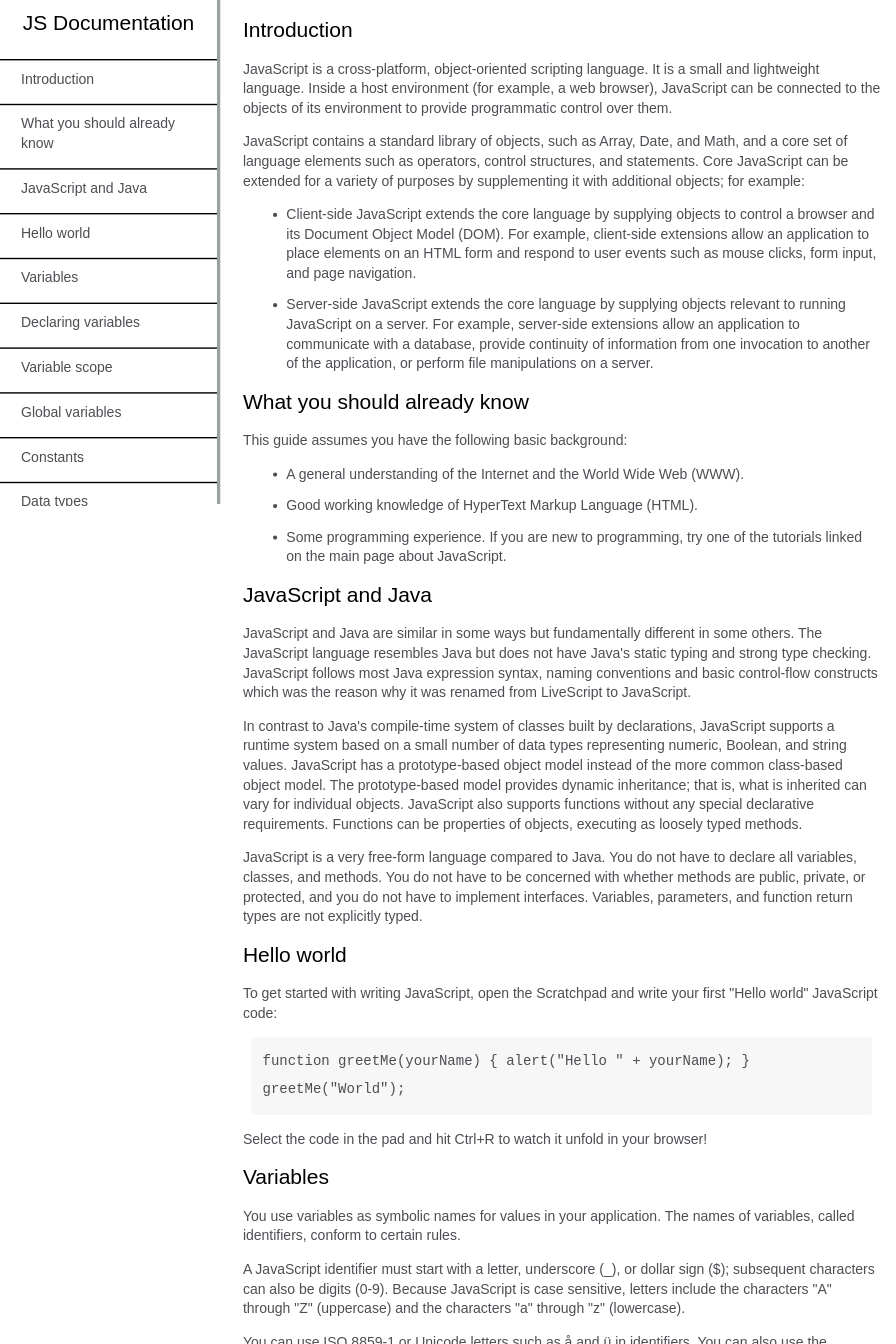
Repository: Lungdjos/technical_document_page_certificate
Page: index.html
The author's editor kept a copy of each file at every save. The page is drawn from the files as they stood at one save, then again after a run of saves.
The browser window is 1280 px wide. The pictures show the part of the page from y = 0 to 1920 px (the page is 8034 px tall before and 8062 px after), at 70% of full size.

Above is the page before, as saved 2023-11-21 23:05:45.

### index.html
<!DOCTYPE html>
<html lang="en">

<head>
    <meta charset="UTF-8">
    <meta name="viewport" content="width=device-width, initial-scale=1.0">
    <title>Technical Document</title>
    <link rel="stylesheet" href="./styles.css">
</head>

<body>
    <nav id="nav-bar">
        <header>JS Documentation</header>
        <ul>
            <li>
                <a href="#Introduction" class="nav-link">Introduction</a>
            </li>
            <li>
                <a href="#What_you_should_already_know" class="nav-link">What you should already know</a>
            </li>
            <li>
                <a href="#JavaScript_and_Java" class="nav-link">JavaScript and Java</a>
            </li>
            <li>
                <a href="#Hello_world" class="nav-link">Hello world</a>
            </li>
            <li>
                <a href="#Variables" class="nav-link">Variables</a>
            </li>
            <li>
                <a href="#Declaring_variables" class="nav-link">Declaring variables</a>
            </li>
            <li>
                <a href="#Variable_scope" class="nav-link">Variable scope</a>
            </li>
            <li>
                <a href="#Global_variables" class="nav-link">Global variables</a>
            </li>
            <li>
                <a href="#Constants" class="nav-link">Constants</a>
            </li>
            <li>
                <a href="#Data_types" class="nav-link">Data types</a>
            </li>
            <li>
                <a href="#if...else_statement" class="nav-link">if...else statement</a>
            </li>
            <li>
                <a href="#while_statement" class="nav-link">while statement</a>
            </li>
            <li>
                <a href="#Function_declarations" class="nav-link">Function declarations</a>
            </li>
            <li>
                <a href="#Reference" class="nav-link">Reference</a>
            </li>
        </ul>
    </nav>
    <main id="main-doc">
        <section class="main-section" id="Introduction">
            <header id="">Introduction</header>
            <div class="conent"></div>
            <p>JavaScript is a cross-platform, object-oriented scripting language. It is a small and lightweight language. Inside a host environment (for example, a web browser), JavaScript can be connected to the objects of its environment to provide programmatic
                control over them.</p>
            <p>JavaScript contains a standard library of objects, such as Array, Date, and Math, and a core set of language elements such as operators, control structures, and statements. Core JavaScript can be extended for a variety of purposes by supplementing
                it with additional objects; for example:
                <ul>
                    <li>Client-side JavaScript extends the core language by supplying objects to control a browser and its Document Object Model (DOM). For example, client-side extensions allow an application to place elements on an HTML form and respond
                        to user events such as mouse clicks, form input, and page navigation.</li>
                    <li>Server-side JavaScript extends the core language by supplying objects relevant to running JavaScript on a server. For example, server-side extensions allow an application to communicate with a database, provide continuity of information
                        from one invocation to another of the application, or perform file manipulations on a server.</li>
                </ul>
            </p>

        </section>
        <section class="main-section" id="What_you_should_already_know">
            <header id="">What you should already know</header>
            <div class="conent"></div>
            <p>This guide assumes you have the following basic background:
                <ul>
                    <li>A general understanding of the Internet and the World Wide Web (WWW).</li>
                    <li>Good working knowledge of HyperText Markup Language (HTML).</li>
                    <li>Some programming experience. If you are new to programming, try one of the tutorials linked on the main page about JavaScript.</li>
                </ul>
            </p>

        </section>
        <section class="main-section" id="JavaScript_and_Java">
            <header id="">JavaScript and Java</header>
            <p>JavaScript and Java are similar in some ways but fundamentally different in some others. The JavaScript language resembles Java but does not have Java's static typing and strong type checking. JavaScript follows most Java expression syntax,
                naming conventions and basic control-flow constructs which was the reason why it was renamed from LiveScript to JavaScript.</p>
            <p>In contrast to Java's compile-time system of classes built by declarations, JavaScript supports a runtime system based on a small number of data types representing numeric, Boolean, and string values. JavaScript has a prototype-based object
                model instead of the more common class-based object model. The prototype-based model provides dynamic inheritance; that is, what is inherited can vary for individual objects. JavaScript also supports functions without any special declarative
                requirements. Functions can be properties of objects, executing as loosely typed methods.</p>
            <p>JavaScript is a very free-form language compared to Java. You do not have to declare all variables, classes, and methods. You do not have to be concerned with whether methods are public, private, or protected, and you do not have to implement
                interfaces. Variables, parameters, and function return types are not explicitly typed.</p>
        </section>
        <section class="main-section" id="Hello_world">
            <header id="">Hello world</header>
            <p>
                To get started with writing JavaScript, open the Scratchpad and write your first "Hello world" JavaScript code:</p>
            <code>function greetMe(yourName) { alert("Hello " + yourName); }
                greetMe("World");</code>
            <p>Select the code in the pad and hit Ctrl+R to watch it unfold in your browser!</p>
        </section>
        <section class="main-section" id="Variables">
            <header id="">Variables</header>
            <p>You use variables as symbolic names for values in your application. The names of variables, called identifiers, conform to certain rules.</p>
            <p>A JavaScript identifier must start with a letter, underscore (_), or dollar sign ($); subsequent characters can also be digits (0-9). Because JavaScript is case sensitive, letters include the characters "A" through "Z" (uppercase) and the
                characters "a" through "z" (lowercase).</p>
            <p>You can use ISO 8859-1 or Unicode letters such as å and ü in identifiers. You can also use the Unicode escape sequences as characters in identifiers. Some examples of legal names are Number_hits, temp99, and _name.</p>
        </section>
        <section class="main-section" id="Declaring_variables">
            <header id="">Declaring variables</header>
            <p>You can declare a variable in three ways:</p>
            <p>With the keyword var. For example,</p>
            <code>var x = 42.</code>
            <p>This syntax can be used to declare both local and global variables.</p>
            <p>By simply assigning it a value. For example,</p>
            <code>x = 42.</code><br>
            <p>This always declares a global variable. It generates a strict JavaScript warning. You shouldn't use this variant.</p>
            <p>With the keyword let. For example,</p>
            <code>let y = 13.</code>
            <p>This syntax can be used to declare a block scope local variable. See Variable scope below.</p>
        </section>
        <section class="main-section" id="Variable_scope">
            <header id="">Variable scope</header>
            <p>When you declare a variable outside of any function, it is called a global variable, because it is available to any other code in the current document. When you declare a variable within a function, it is called a local variable, because it
                is available only within that function.</p>
            <p>JavaScript before ECMAScript 2015 does not have block statement scope; rather, a variable declared within a block is local to the function (or global scope) that the block resides within. For example the following code will log 5, because
                the scope of x is the function (or global context) within which x is declared, not the block, which in this case is an if statement.</p>
            <code>if (true) { var x = 5; } console.log(x); // 5</code>
            <p>This behavior changes, when using the let declaration introduced in ECMAScript 2015.</p>
            <code>if (true) { let y = 5; } console.log(y); // ReferenceError: y is
                not defined</code>
        </section>
        <section class="main-section" id="Global_variables">
            <header id="">Global variables</header>
            <p>Global variables are in fact properties of the global object. In web pages the global object is window, so you can set and access global variables using the window.variable syntax.</p>
            <p>Consequently, you can access global variables declared in one window or frame from another window or frame by specifying the window or frame name. For example, if a variable called phoneNumber is declared in a document, you can refer to this
                variable from an iframe as parent.phoneNumber.</p>
        </section>
        <section class="main-section" id="Constants">
            <header id="">Constants</header>
            <p>You can create a read-only, named constant with the const keyword. The syntax of a constant identifier is the same as for a variable identifier: it must start with a letter, underscore or dollar sign and can contain alphabetic, numeric, or
                underscore characters.</p>
            <code>const PI = 3.14;</code>
            <p>A constant cannot change value through assignment or be re-declared while the script is running. It has to be initialized to a value.</p>
            <p>The scope rules for constants are the same as those for let block scope variables. If the const keyword is omitted, the identifier is assumed to represent a variable.</p>
            <p>You cannot declare a constant with the same name as a function or variable in the same scope. For example:</p>
            <code>// THIS WILL CAUSE AN ERROR function f() {}; const f = 5; // THIS
                WILL CAUSE AN ERROR ALSO function f() { const g = 5; var g;
                //statements }</code>
            <p>However, object attributes are not protected, so the following statement is executed without problems.</p>
            <code>const MY_OBJECT = {"key": "value"}; MY_OBJECT.key =
                "otherValue";</code>
        </section>
        <section class="main-section" id="Data_types">
            <header id="">Data types</header>
            <p>The latest ECMAScript standard defines seven data types:
                <ul>
                    <li>Six data types that are primitives:
                        <ul>
                            <li>Boolean. true and false.</li>
                            <li>null. A special keyword denoting a null value. Because JavaScript is case-sensitive, null is not the same as Null, NULL, or any other variant.</li>
                            <li>undefined. A top-level property whose value is undefined.</li>
                            <li>Number. 42 or 3.14159.</li>
                            <li>String. "Howdy"</li>
                            <li>Symbol (new in ECMAScript 2015). A data type whose instances are unique and immutable.</li>
                        </ul>
                    </li>
                    <li>and Object</li>
                </ul>
            </p>
            <p>Although these data types are a relatively small amount, they enable you to perform useful functions with your applications. Objects and functions are the other fundamental elements in the language. You can think of objects as named containers
                for values, and functions as procedures that your application can perform.</p>
        </section>
        <section class="main-section" id="if...else_statement">
            <header id="">if...else statement</header>
            <p>Use the if statement to execute a statement if a logical condition is true. Use the optional else clause to execute a statement if the condition is false. An if statement looks as follows:</p>
            <code>if (condition) { statement_1; } else { statement_2; }</code>
            <p>condition can be any expression that evaluates to true or false. See Boolean for an explanation of what evaluates to true and false. If condition evaluates to true, statement_1 is executed; otherwise, statement_2 is executed. statement_1 and
                statement_2 can be any statement, including further nested if statements.</p>
            <p>You may also compound the statements using else if to have multiple conditions tested in sequence, as follows:</p>
            <code>if (condition_1) { statement_1; } else if (condition_2) {
                statement_2; } else if (condition_n) { statement_n; } else {
                statement_last; }</code>
            <p>In the case of multiple conditions only the first logical condition which evaluates to true will be executed. To execute multiple statements, group them within a block statement ({ ... }) . In general, it's good practice to always use block
                statements, especially when nesting if statements:</p>
            <code>if (condition) { statement_1_runs_if_condition_is_true;
                statement_2_runs_if_condition_is_true; } else {
                statement_3_runs_if_condition_is_false;
                statement_4_runs_if_condition_is_false; }</code>
            <p>It is advisable to not use simple assignments in a conditional expression, because the assignment can be confused with equality when glancing over the code. For example, do not use the following code:</p>
            <code>if (x = y) { /* statements here */ }</code>
            <p>If you need to use an assignment in a conditional expression, a common practice is to put additional parentheses around the assignment. For example:</p>
            <code>if ((x = y)) { /* statements here */ }</code>
        </section>
        <section class="main-section" id="while_statement">
            <header id="">while statement</header>
            <p>A while statement executes its statements as long as a specified condition evaluates to true. A while statement looks as follows:</p>
            <code>while (condition) statement</code>
            <p>If the condition becomes false, statement within the loop stops executing and control passes to the statement following the loop.</p>
            <p>The condition test occurs before statement in the loop is executed. If the condition returns true, statement is executed and the condition is tested again. If the condition returns false, execution stops and control is passed to the statement
                following while.</p>
            <p>To execute multiple statements, use a block statement ({ ... }) to group those statements.</p>
            <p>Example: <br> The following while loop iterates as long as n is less than three:</p>
            <code>var n = 0; var x = 0; while (n < 3) { n++; x += n; }</code>
            <p>With each iteration, the loop increments n and adds that value to x. Therefore, x and n take on the following values:
                <ul>
                    <li>After the first pass: n = 1 and x = 1</li>
                    <li>After the second pass: n = 2 and x = 3</li>
                    <li>After the third pass: n = 3 and x = 6</li>
                </ul>
            </p>
            <p>After completing the third pass, the condition n
                < 3 is no longer true, so the loop terminates.</p>
        </section>
        <section class="main-section" id="Function_declarations">
            <header id="">Function declarations</header>
            <p>A function definition (also called a function declaration, or function statement) consists of the function keyword, followed by:
                <ul>
                    <li>The name of the function.</li>
                    <li>A list of arguments to the function, enclosed in the parentheses and separated by commas.</li>
                    <li>The JavaScript statement that defines the function, enclosed in curly brackets, {}.</li>
                </ul>
            </p>
            <p>For example, the following code defines a simple function named square:</p>
            <code>function square(number) { return number * number; }</code>
            <p>The function square takes one argument, called number. The function consists of one statement that says to return the argument of the function (that is, number) multiplied by itself. The return statement specifies the value returned by the
                function.
            </p>
            <code>return number * number;</code>
            <p>Primitive parameters (such as a number) are passed to functions by value; the value is passed to the function, but if the function changes the value of the parameter, this change is not reflected globally or in the calling function.</p>
        </section>
        <section class="main-section" id="Reference">
            <header id="">Reference</header>
            <ul>
                <li>All the documentation in this page is taken from
                    <a href="https://developer.mozilla.org/en-US/docs/Web/JavaScript/Guide" target="_blank">MDN</a>
                </li>
            </ul>
        </section>
    </main>
</body>

</html>

### styles.css
/* A technical document page stylings */

html {
    box-sizing: border-box;
}

header {
    font-size: 30px;
    font-weight: thin;
    margin: 12px;
    text-align: center;
    color: #000;
}

body {
    font-family: Arial, Helvetica, sans-serif;
    font-size: 20px;
    margin: 0;
    line-height: 1.4;
    min-width: 280px;
    color: #4d4e53;
}


/* nav bar styling */

#nav-bar {
    position: fixed;
    border-right: 5px solid #99a2a2;
    height: 100%;
    width: 310px;
    left: 0;
    top: 0;
    min-width: 280px;
}

#nav-bar ul {
    height: 90%;
    padding: 0;
    overflow-y: auto;
    overflow-x: hidden;
}

#nav-bar li {
    border-top: 2px solid #000;
    margin-top: 10px;
    list-style: none;
    position: relative;
    color: #4d4e53;
}

#nav-bar a {
    display: block;
    padding: 12px 30px;
    text-decoration: none;
    cursor: pointer;
    color: #4d4e53;
}


/* body styling */

code {
    display: block;
    background-color: #f7f7f7;
    text-align: left;
    white-space: pre-line;
    position: relative;
    word-break: normal;
    word-wrap: normal;
    line-height: 2;
    padding: 16px;
    margin: 12px;
    border-radius: 5px;
}

#main-doc header {
    margin: 0;
    text-align: left;
}

#main-doc {
    position: absolute;
    margin-left: 325px;
    padding: 22px;
}

#main-doc li {
    margin: 17px 0 0 22px;
}


/* styling for mobile devices */

@media only screen and (max-width: 815px) {
    #navbar ul {
        border: 1px solid;
        height: 207px;
    }
    #navbar {
        background-color: white;
        position: absolute;
        top: 0;
        padding: 0;
        margin: 0;
        width: 100%;
        max-height: 275px;
        border: none;
        z-index: 1;
        border-bottom: 2px solid;
    }
    #main-doc {
        position: relative;
        margin-left: 0px;
        margin-top: 270px;
    }
}

@media only screen and (max-width: 400px) {
    #main-doc {
        margin-left: -10px;
    }
    code {
        margin-left: -20px;
        width: 100%;
        padding: 15px;
        padding-left: 10px;
        padding-right: 45px;
        min-width: 233px;
    }
}

After the next 2 saves:
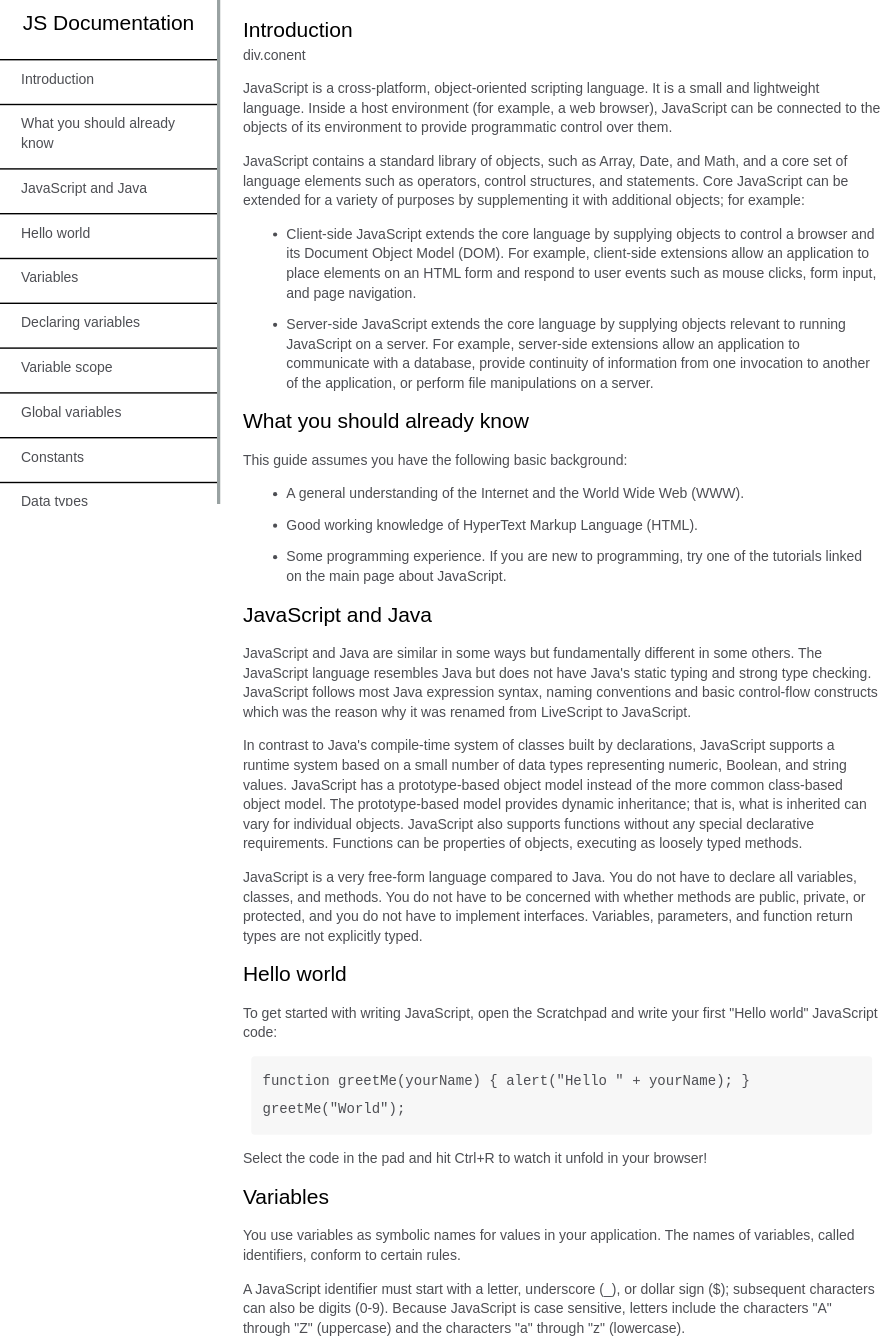
The 2 saves are shown as one change because they came seconds apart.
The last was saved 28 s later.
--- a/index.html
+++ b/index.html
@@ -59,7 +59,7 @@
     <main id="main-doc">
         <section class="main-section" id="Introduction">
             <header id="">Introduction</header>
-            <div class="conent"></div>
+            div.conent
             <p>JavaScript is a cross-platform, object-oriented scripting language. It is a small and lightweight language. Inside a host environment (for example, a web browser), JavaScript can be connected to the objects of its environment to provide programmatic
                 control over them.</p>
             <p>JavaScript contains a standard library of objects, such as Array, Date, and Math, and a core set of language elements such as operators, control structures, and statements. Core JavaScript can be extended for a variety of purposes by supplementing
@@ -75,7 +75,6 @@
         </section>
         <section class="main-section" id="What_you_should_already_know">
             <header id="">What you should already know</header>
-            <div class="conent"></div>
             <p>This guide assumes you have the following basic background:
                 <ul>
                     <li>A general understanding of the Internet and the World Wide Web (WWW).</li>
